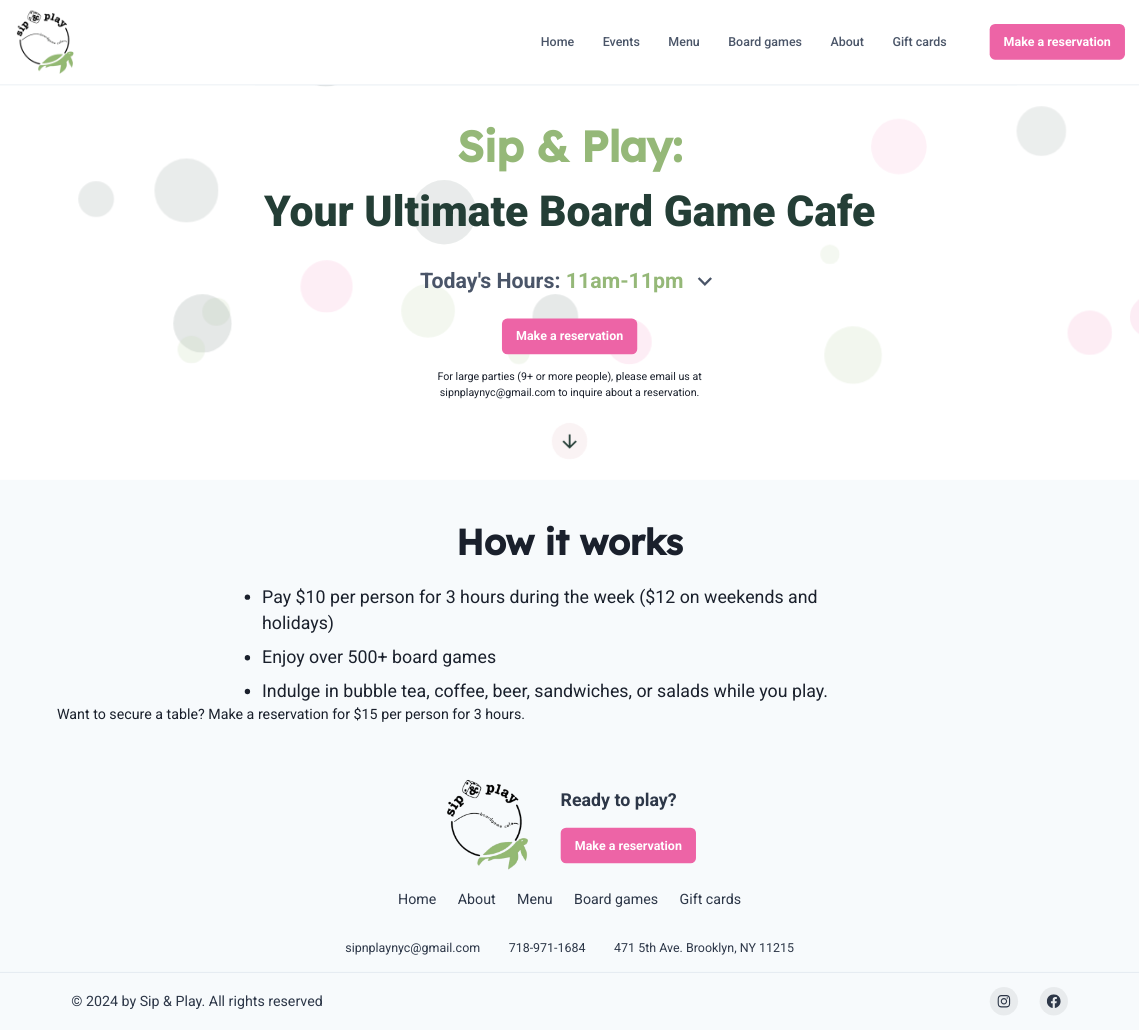
Repository: natespinetti/codedexsummerhackathon
Page: /
These files come from the project's save history. The page is drawn as it stood at one moment and after the next save; the edit follows.
The browser window is 1280 px wide. The pictures show the whole page, at 89% of full size.
The project was rebuilt for these pictures with package versions that can differ from the ones it lists, and the page was loaded fresh each time. The framework's server and built-in components were replaced by stand-ins that run in the browser. Also part of the build but not shown: next.config.mjs.

Above is the page before, as saved 2024-07-11 16:55:45.

### app/layout.tsx
"use client";
import Head from "next/head";
import React from "react";
import Header from "./components/Header";
import Footer from "./components/Footer";
import { Providers } from "./components/Providers";

export default function RootLayout({
  children,
}: {
  children: React.ReactNode;
}) {
  return (
    <html lang="en">
      <Head>
        <title>Sip & Play</title>
        <meta name="description" content="Board games and boba!" />
        <meta name="viewport" content="width=device-width, initial-scale=1" />
        <link rel="icon" href="/favicons/favicon.ico" />
      </Head>
      <body>
        <Providers>
          <Header />
          <main>{children}</main>
          <Footer />
        </Providers>
      </body>
    </html>
  );
}

### app/page.tsx
import Image from "next/image";
import HomeHero from "./components/HomeHero";
import {
  Box,
  Text,
  Button,
  keyframes,
  ListItem,
  List,
  UnorderedList,
} from "@chakra-ui/react";

export default function Home() {
  return (
    <>
      <HomeHero />
      <Box bg="var(--chakra-colors-gray-50)">
        <Box maxW="90%" m="auto" p="2.5rem 0">
          <Text
            as="h2"
            fontSize="2.5rem"
            fontFamily="heading"
            fontWeight={700}
            textAlign="center"
            mb="1rem"
          >
            How it works
          </Text>
          <UnorderedList spacing={2} fontSize="1.25rem" w="60%" m="auto">
            <ListItem>
              Pay $10 per person for 3 hours during the week ($12 on weekends
              and holidays)
            </ListItem>
            <ListItem>Enjoy over 500+ board games</ListItem>
            <ListItem>
              Indulge in bubble tea, coffee, beer, sandwiches, or salads while
              you play.
            </ListItem>
          </UnorderedList>
          <Text>
            Want to secure a table? Make a reservation for $15 per person for 3
            hours.
          </Text>
        </Box>
      </Box>
    </>
  );
}

### app/components/Footer.tsx
"use client";

import {
  Box,
  chakra,
  Container,
  Stack,
  Text,
  useColorModeValue,
  Button,
  Image,
  VisuallyHidden,
} from "@chakra-ui/react";
import { FaInstagram, FaTwitter, FaYoutube, FaFacebook } from "react-icons/fa";
import { ReactNode } from "react";

const SocialButton = ({
  children,
  label,
  href,
}: {
  children: ReactNode;
  label: string;
  href: string;
}) => {
  return (
    <chakra.button
      bg={useColorModeValue("blackAlpha.100", "whiteAlpha.100")}
      rounded={"full"}
      w={8}
      h={8}
      cursor={"pointer"}
      as={"a"}
      href={href}
      display={"inline-flex"}
      alignItems={"center"}
      justifyContent={"center"}
      transition={"background 0.3s ease"}
      _hover={{
        bg: useColorModeValue("blackAlpha.200", "whiteAlpha.200"),
      }}
    >
      <VisuallyHidden>{label}</VisuallyHidden>
      {children}
    </chakra.button>
  );
};

export default function Footer() {
  return (
    <>
      {/* <iframe
        src="https://www.google.com/maps/embed?pb=!1m19!1m8!1m3!1d48423.28708097213!2d-73.98076851318362!3d40.66393288184943!3m2!1i1024!2i768!4f13.1!4m8!3e0!4m0!4m5!1s0x89c25b963c296a77%3A0x33cab105836ef465!2sSip%20%26%20Play%2C%20471%205th%20Ave%2C%20Brooklyn%2C%20NY%2011215!3m2!1d40.668128599999996!2d-73.9869454!5e0!3m2!1sen!2sus!4v1720729656891!5m2!1sen!2sus"
        width="100%"
        height="200"
        style={{ border: 0 }}
        loading="lazy"
        referrerPolicy="no-referrer-when-downgrade"
      ></iframe> */}
      <Box
        bg={useColorModeValue("gray.50", "gray.900")}
        color={useColorModeValue("gray.700", "gray.200")}
      >
        <Container
          as={Stack}
          maxW={"6xl"}
          py={4}
          spacing={4}
          justify={"center"}
          align={"center"}
        >
          <Box display="flex" flexDir="row" alignItems="center" gridGap="2rem">
            <Image
              maxW="100px"
              src="/logos/sipnplay2.png"
              alt="Sip & Play Logo"
            />
            <Box>
              <Text fontWeight={700} fontSize="20px" pb="1rem">
                Ready to play?
              </Text>
              <Button
                as={"a"}
                display={{ base: "none", md: "inline-flex" }}
                fontSize={"sm"}
                fontWeight={600}
                color={"white"}
                bg={"pink.400"}
                href={"https://www.exploretock.com/sipnplay/"}
                target="_blank"
                _hover={{
                  bg: "pink.300",
                }}
              >
                Make a reservation
              </Button>
            </Box>
          </Box>
          <Stack direction={"row"} spacing={6}>
            <Box as="a" href={"#"}>
              Home
            </Box>
            <Box as="a" href={"#"}>
              About
            </Box>
            <Box as="a" href={"#"}>
              Menu
            </Box>
            <Box as="a" href={"#"}>
              Board games
            </Box>
            <Box as="a" href={"#"}>
              Gift cards
            </Box>
          </Stack>
          <Box
            display="flex"
            flexDir="row"
            gridGap="2rem"
            fontSize="14px"
            mt="1rem"
          >
            <Text as="a" href={"mailto:sipnplaynyc@gmail.com"}>
              sipnplaynyc@gmail.com
            </Text>
            <Text as="a" href={"tel:718-971-1684"}>
              718-971-1684
            </Text>
            <Text
              as="a"
              target="_blank"
              href={
                "https://www.google.com/maps/dir//471+5th+Ave,+Brooklyn,+NY+11215/@40.6680993,-74.0693463,12z/data=!4m8!4m7!1m0!1m5!1m1!1s0x89c25b963c296a77:0x33cab105836ef465!2m2!1d-73.9869454!2d40.6681286?entry=ttu"
              }
            >
              471 5th Ave. Brooklyn, NY 11215
            </Text>
          </Box>
        </Container>

        <Box
          borderTopWidth={1}
          borderStyle={"solid"}
          borderColor={useColorModeValue("gray.200", "gray.700")}
        >
          <Container
            as={Stack}
            maxW={"6xl"}
            py={4}
            direction={{ base: "column", md: "row" }}
            spacing={4}
            justify={{ base: "center", md: "space-between" }}
            align={{ base: "center", md: "center" }}
          >
            <Text>© 2024 by Sip & Play. All rights reserved</Text>
            <Stack direction={"row"} spacing={6}>
              <SocialButton
                label={"Instagram"}
                href={"https://www.instagram.com/sipnplaynyc/?hl=en"}
              >
                <FaInstagram />
              </SocialButton>
              <SocialButton
                label={"Facebook"}
                href={"https://www.facebook.com/sipnplaynyc/"}
              >
                <FaFacebook />
              </SocialButton>
            </Stack>
          </Container>
        </Box>
      </Box>
    </>
  );
}

### app/components/Providers.tsx
import { SPTheme } from "@/ui/theme/theme";
import { ChakraProvider } from "@chakra-ui/react";
import { ReactNode } from "react";

export function Providers({ children }: { children: ReactNode }) {
  return <ChakraProvider theme={SPTheme}>{children}</ChakraProvider>;
}

### app/components/HomeHero.tsx
"use client";
import { Box, Text, Button, keyframes } from "@chakra-ui/react";
import CurrentDayHours from "./CurrentDaysHours";
import {
  HamburgerIcon,
  CloseIcon,
  ChevronDownIcon,
  ArrowDownIcon,
} from "@chakra-ui/icons";

const bubbleAnimation = keyframes`
  0% {
    transform: translateY(100px) scale(1);
    opacity: 1;
  }
  100% {
    transform: translateY(-1000px) scale(1.5);
    opacity: 0;
  }
`;

const upDownAnimation = keyframes`
  0% {
    transform: translateY(0);
  }
  50% {
    transform: translateY(10px);
  }
  100% {
    transform: translateY(0px);
  }
`;

const bubbles = new Array(20).fill(0).map((_, index) => ({
  id: index,
  size: Math.random() * 3 + 1,
  left: Math.random() * 100,
  animationDuration: Math.random() * 20 + 10,
  animationDelay: Math.random() * 100,
}));

export default function HomeHero() {
  return (
    <>
      <Box position="relative" overflow="hidden" h="100%" w="100%">
        {bubbles.map((bubble, index) => (
          <Box
            key={bubble.id}
            position="absolute"
            bottom="0"
            left={`${bubble.left}%`}
            width={`${bubble.size}rem`}
            height={`${bubble.size}rem`}
            bg={
              index % 3 === 0
                ? "rgba(148, 185, 115, 0.3)"
                : index % 3 === 1
                ? "rgba(36, 62, 54, 0.3)"
                : "rgba(237, 100, 166, 0.3)"
            }
            borderRadius="50%"
            animation={`${bubbleAnimation} ${bubble.animationDuration}s linear infinite`}
            transitionDelay={`${bubble.animationDelay}s`}
          />
        ))}
        <Box
          position="relative"
          w="100vw"
          p="2rem"
          display="flex"
          flexDir="column"
          justifyItems="center"
          alignItems="center"
          gridGap="1rem"
          bg="rgba(255, 255, 255, 0.5)"
        >
          <Text
            as="h1"
            fontFamily="body"
            fontWeight="900"
            fontSize="3rem"
            color="#243E36"
            textAlign="center"
          >
            <Text
              as="span"
              color="#95b878"
              fontWeight="900"
              fontFamily="heading"
              fontSize="3rem"
            >
              Sip & Play:
              <br />
            </Text>
            Your Ultimate Board Game Cafe
          </Text>
          <CurrentDayHours />
          <Button
            as={"a"}
            display={{ base: "none", md: "inline-flex" }}
            fontSize={"sm"}
            fontWeight={600}
            color={"white"}
            bg={"pink.400"}
            href={"https://www.exploretock.com/sipnplay/"}
            target="_blank"
            _hover={{
              bg: "pink.300",
            }}
          >
            Make a reservation
          </Button>

          <Text
            fontSize="12px"
            w={{ base: "100%", md: "30%" }}
            textAlign="center"
          >
            For large parties (9+ or more people), please email us at{" "}
            <Text as="a" href="mailto:sipnplaynyc@gmail.com">
              sipnplaynyc@gmail.com
            </Text>{" "}
            to inquire about a reservation.
          </Text>
          <Box
            bg="rgba(246, 232, 234, 0.5)"
            p=".5rem"
            borderRadius="50%"
            animation={`${upDownAnimation} 4s ease-in-out infinite`}
          >
            <ArrowDownIcon color="#243E36" fontSize="1.5rem" />
          </Box>
        </Box>
      </Box>
    </>
  );
}

### ui/theme/theme.tsx
import { extendTheme } from "@chakra-ui/react";
import { fonts } from "./fonts";

const overrides = {
  fonts,
};

export const SPTheme = extendTheme(overrides);

### app/components/CurrentDaysHours.tsx
import React, { useState } from "react";
import { Box, Text, useColorModeValue, useDisclosure } from "@chakra-ui/react";
import {
  Popover,
  PopoverTrigger,
  PopoverContent,
  PopoverHeader,
  PopoverBody,
  PopoverFooter,
  PopoverArrow,
  PopoverCloseButton,
  Button,
  PopoverAnchor,
} from "@chakra-ui/react";
import {
  HamburgerIcon,
  CloseIcon,
  ChevronDownIcon,
  ChevronRightIcon,
} from "@chakra-ui/icons";

const openingHours: { [key: number]: string } = {
  0: "10am-11pm", //Sunday
  1: "11am-11pm", // Monday
  2: "11am-11pm", // Tuesday
  3: "11am-11pm", // Wednesday
  4: "11am-11pm", // Thursday
  5: "11am-12am", // Friday
  6: "10am-12am", // Saturday
};

export default function CurrentDayHours() {
  const { isOpen, onOpen, onClose } = useDisclosure();

  const currentDay = new Date().getDay();
  const hours = openingHours[currentDay];
  const linkColor = useColorModeValue("gray.600", "gray.200");
  const linkHoverColor = useColorModeValue("gray.800", "white");
  const popoverContentBgColor = useColorModeValue("white", "gray.800");
  const handleItemClick = () => {
    if (isOpen) {
      onClose();
    } else {
      onOpen();
    }
  };
  return (
    <Box textAlign="center" fontSize="16px">
      <Popover
        trigger={"hover"}
        placement={"bottom-start"}
        isOpen={isOpen}
        onOpen={onOpen}
        onClose={onClose}
      >
        <PopoverTrigger>
          <Box
            p={2}
            fontSize={"sm"}
            fontWeight={500}
            color={linkColor}
            _hover={{
              textDecoration: "none",
              color: linkHoverColor,
            }}
          >
            <Box
              display="flex"
              flexDir="row"
              gridGap=".5rem"
              alignItems="center"
              onClick={handleItemClick}
            >
              <Text fontWeight="bold" fontSize="1.5rem" cursor="pointer">
                Today's Hours:{" "}
                <Text color="#95b878" as="span">
                  {hours}
                </Text>
              </Text>
              <ChevronDownIcon
                fontSize="2rem"
                transform={isOpen ? "rotate(180deg)" : "rotate(0deg)"}
                transition="transform 0.2s"
              />
            </Box>
          </Box>
        </PopoverTrigger>

        <PopoverContent
          border={0}
          boxShadow={"xl"}
          bg={popoverContentBgColor}
          p={4}
          rounded={"xl"}
          minW={"sm"}
        >
          <Box display="flex" flexDir="column" textAlign="left">
            <Text fontWeight="bold">
              Sunday:{" "}
              <Text color="#95b878" as="span">
                10am-11pm
              </Text>
            </Text>
            <Text fontWeight="bold">
              Monday:{" "}
              <Text color="#95b878" as="span">
                11am-11pm
              </Text>
            </Text>
            <Text fontWeight="bold">
              Tuesday:{" "}
              <Text color="#95b878" as="span">
                11am-11pm
              </Text>
            </Text>
            <Text fontWeight="bold">
              Wednesday:{" "}
              <Text color="#95b878" as="span">
                11am-11pm
              </Text>
            </Text>
            <Text fontWeight="bold">
              Thursday:{" "}
              <Text color="#95b878" as="span">
                11am-11pm
              </Text>
            </Text>
            <Text fontWeight="bold">
              Friday:{" "}
              <Text color="#95b878" as="span">
                11am-12am
              </Text>
            </Text>
            <Text fontWeight="bold">
              Saturday:{" "}
              <Text color="#95b878" as="span">
                10am-12am
              </Text>
            </Text>
          </Box>
        </PopoverContent>
      </Popover>
    </Box>
  );
}

### ui/theme/fonts.tsx
import { Roboto, Lexend } from "next/font/google";

const roboto = Roboto({
  subsets: ["latin"],
  display: "swap",
  weight: ["100", "300", "400", "500", "700", "900"],
  style: ["normal", "italic"],
});

const lexend = Lexend({
  subsets: ["latin"],
  display: "swap",
  weight: ["300", "400", "500"],
  style: ["normal"],
});

export const fonts = {
  heading: lexend.style.fontFamily,
  body: roboto.style.fontFamily,
};

Loaded but not shown: app/components/Header.tsx (346 lines, source omitted)

After the next save:
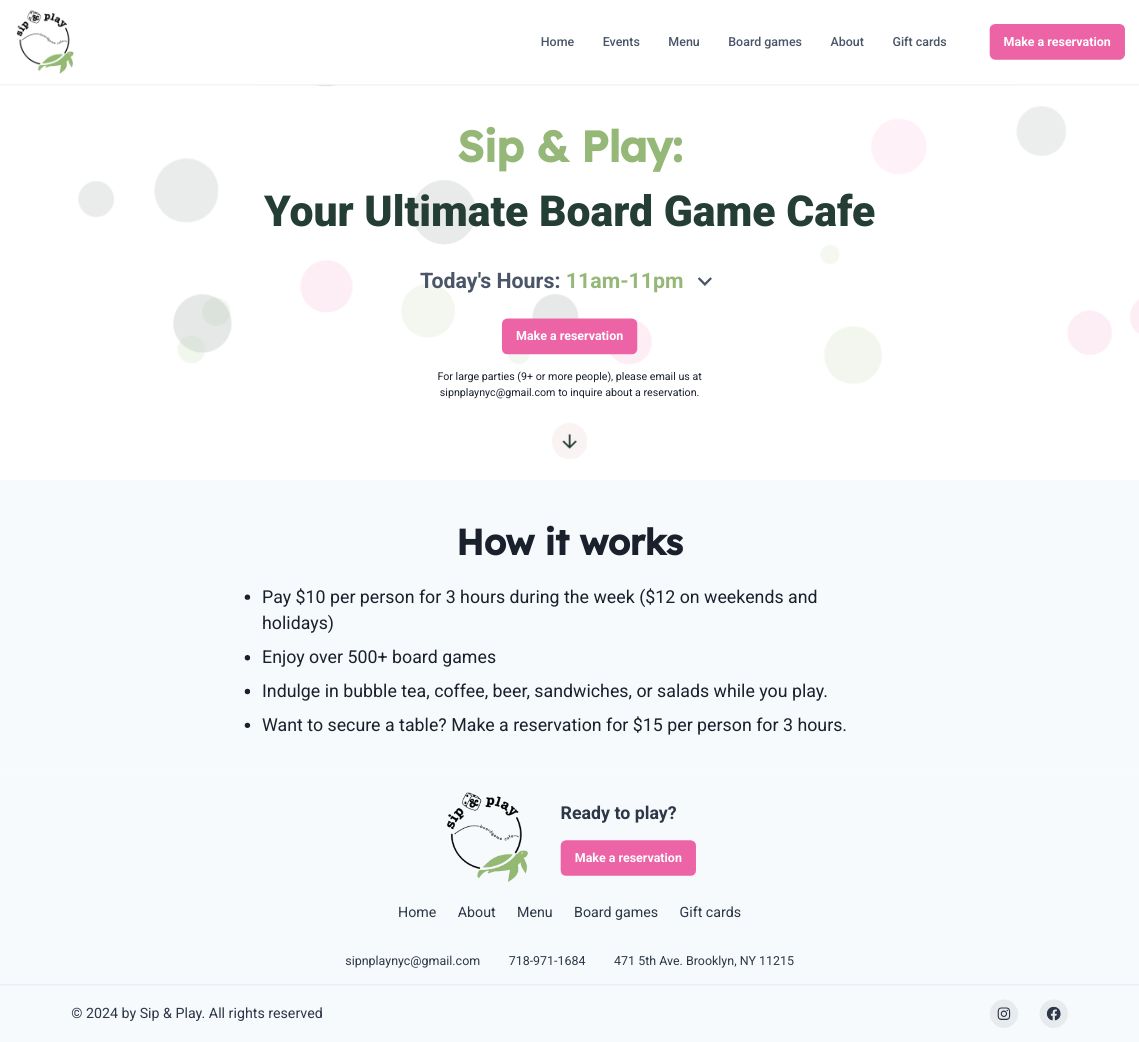
Saved 36 s later.
--- a/app/page.tsx
+++ b/app/page.tsx
@@ -36,11 +36,11 @@
               Indulge in bubble tea, coffee, beer, sandwiches, or salads while
               you play.
             </ListItem>
+            <ListItem>
+              Want to secure a table? Make a reservation for $15 per person for
+              3 hours.
+            </ListItem>
           </UnorderedList>
-          <Text>
-            Want to secure a table? Make a reservation for $15 per person for 3
-            hours.
-          </Text>
         </Box>
       </Box>
     </>
